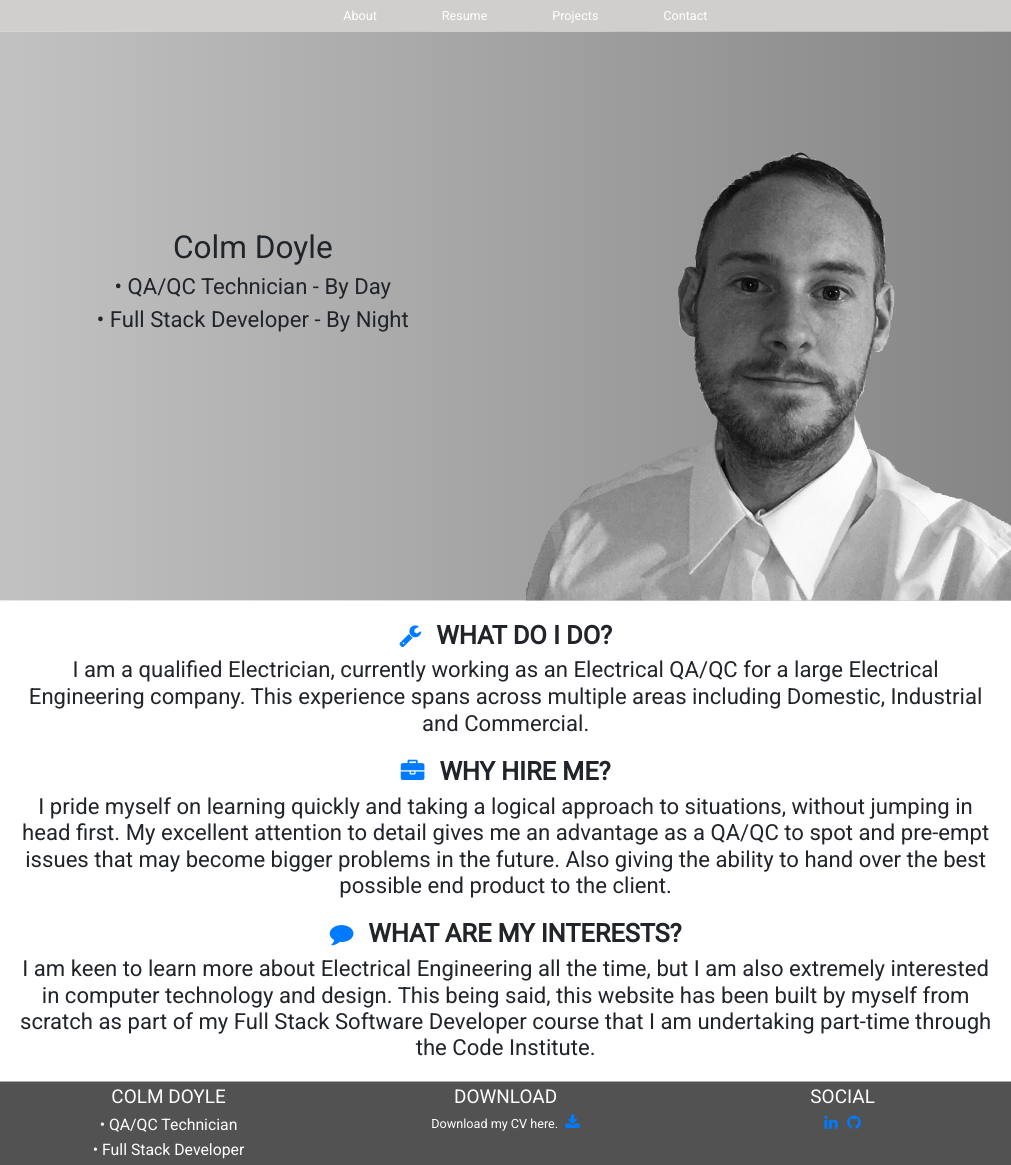
Repository: Code-Institute-Submissions/collyd21-milestone1
Page: index.html
The author's editor kept a record of every edit. The page is drawn from the files as they stood at one moment, then again after the next edit.
The browser window is 1280 px wide. The pictures show the whole page, at 79% of full size.
Some web libraries are served in a nearby version.

Above is the page before.

After the next edit:
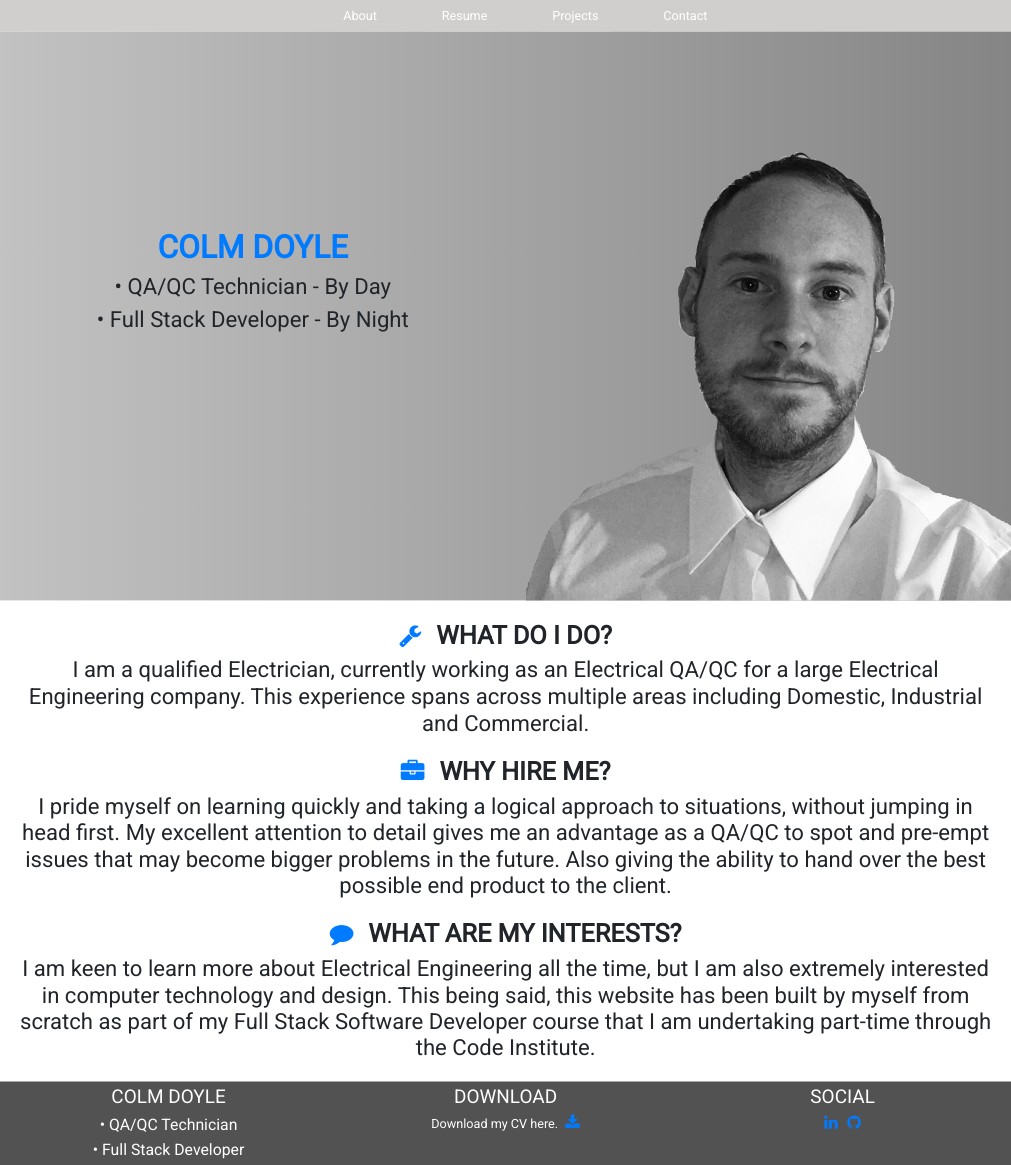
The edit:
--- a/index.html
+++ b/index.html
@@ -37,7 +37,7 @@
             <div class="row">
                 <div class="col-6 heading" id="about">
 
-                    <h1>Colm Doyle</h1>
+                    <h1 class="uppercase-jumbo">Colm Doyle</h1>
                     <h3>• QA/QC Technician - By Day</h3>
                     <h3>• Full Stack Developer - By Night</h3>
                 </div>
